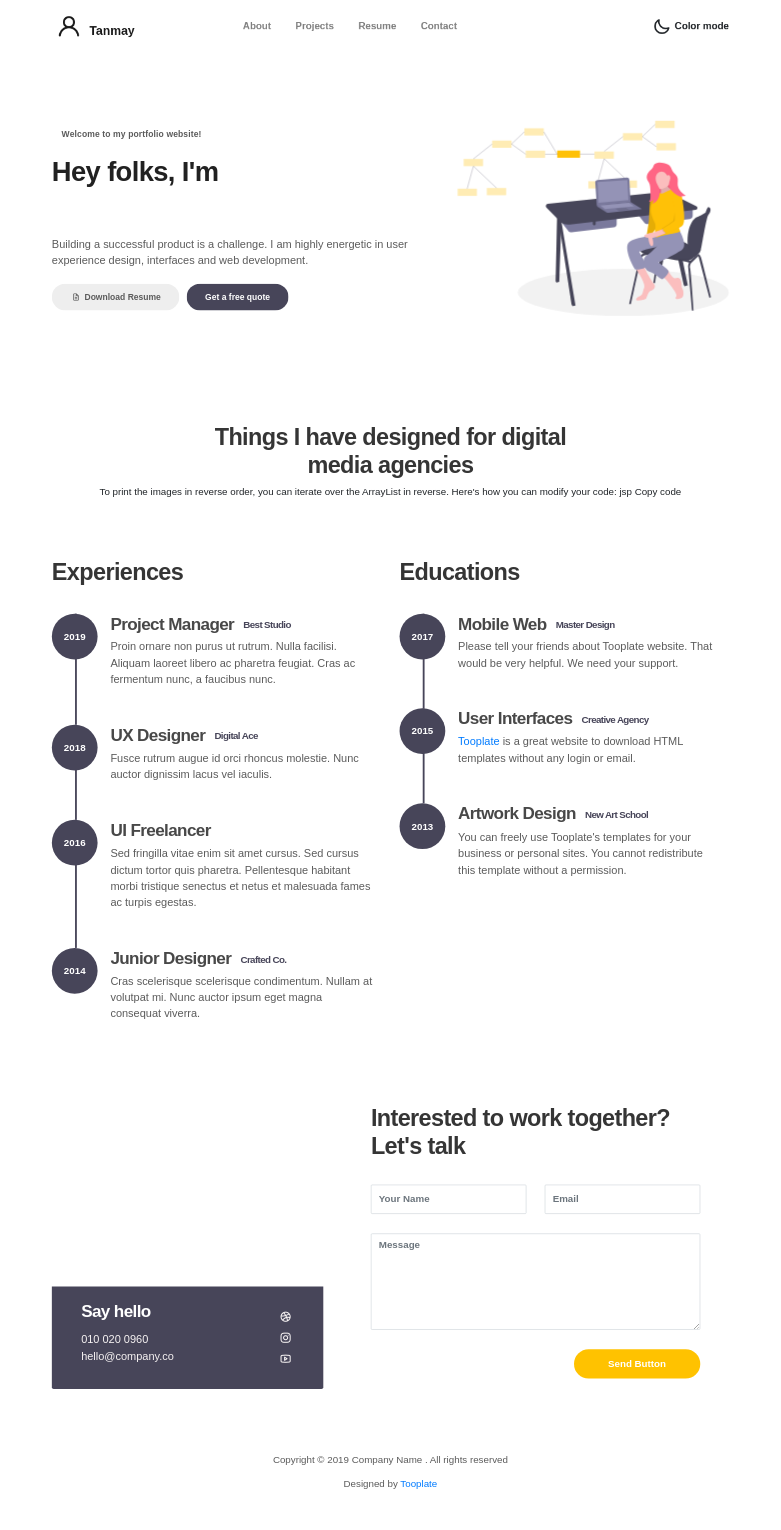
Repository: Tanmay-Kayande/Myportfolio
Page: http://localhost/myproject/
An editor plug-in stored every save of this project. The page is shown before and after the next save, followed by the edit.
The browser window is 1280 px wide. The pictures show the whole page, at 61% of full size.
Pictures or frames that could not be fetched are drawn as grey boxes. Some web fonts or font styles are not loaded; a fallback is used. The page is served by Tomcat 9.

Above is the page before, as saved 2024-01-24 08:00:11.

After the next save:
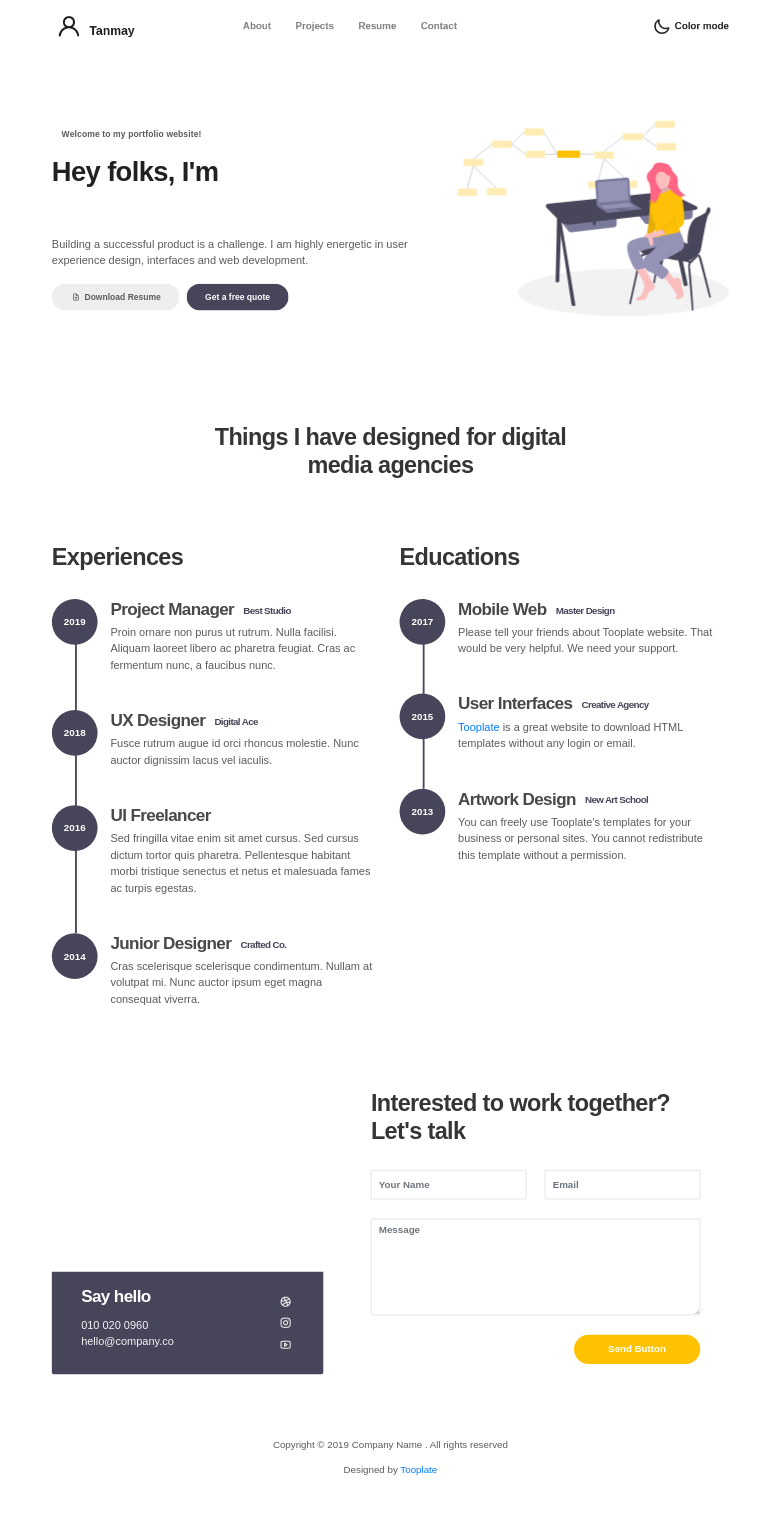
Saved 11 s later.
--- a/myproject/src/main/webapp/index.jsp
+++ b/myproject/src/main/webapp/index.jsp
@@ -123,9 +123,6 @@
 					<div class="owl-carousel owl-theme">
 						<!-- loop -->
 
-						To print the images in reverse order, you can iterate over the
-						ArrayList in reverse. Here's how you can modify your code: jsp
-						Copy code
 						<%
 						ArrayList<Object> al = new ProjectDao().read();
 
